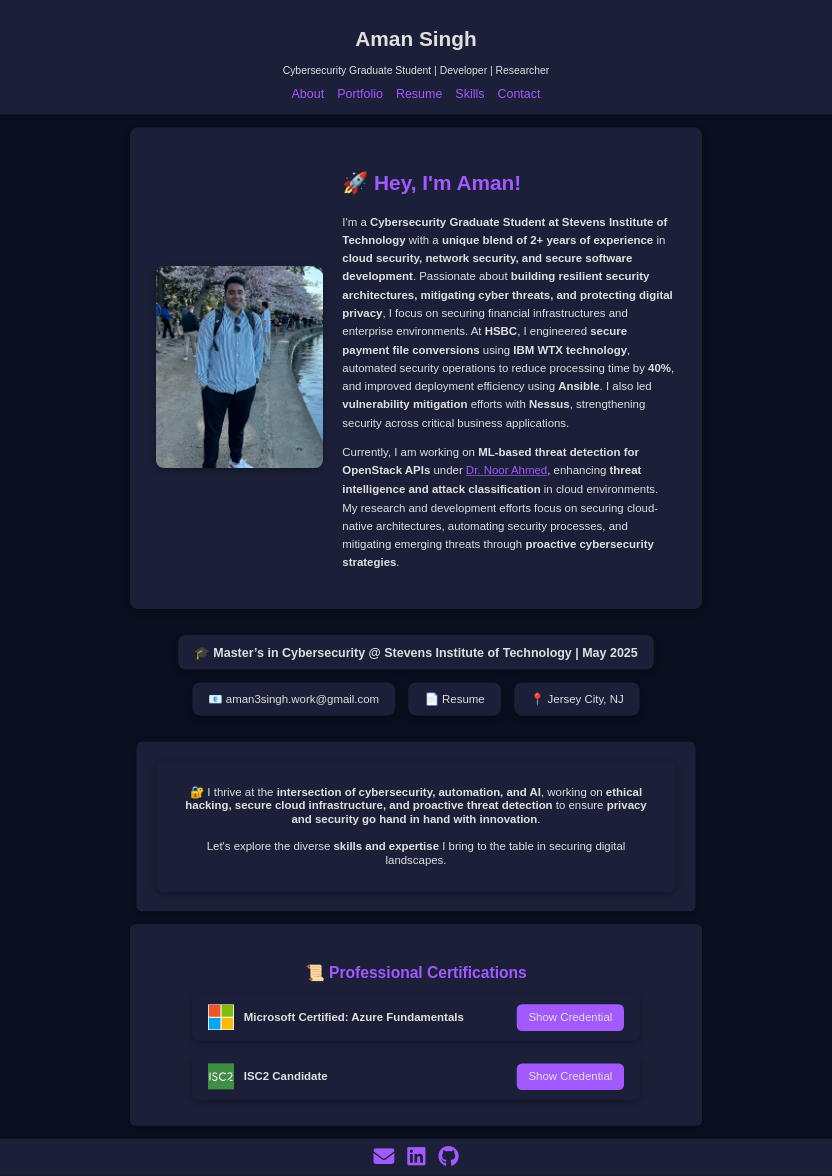
Repository: aman3singh/portfolio
Page: index.html
An editor plug-in stored every save of this project. The page is shown before and after the next save, followed by the edit.
The browser window is 1280 px wide. The pictures show the whole page, at 65% of full size.

Above is the page before, as saved 2025-02-11 23:28:10.

After the next save:
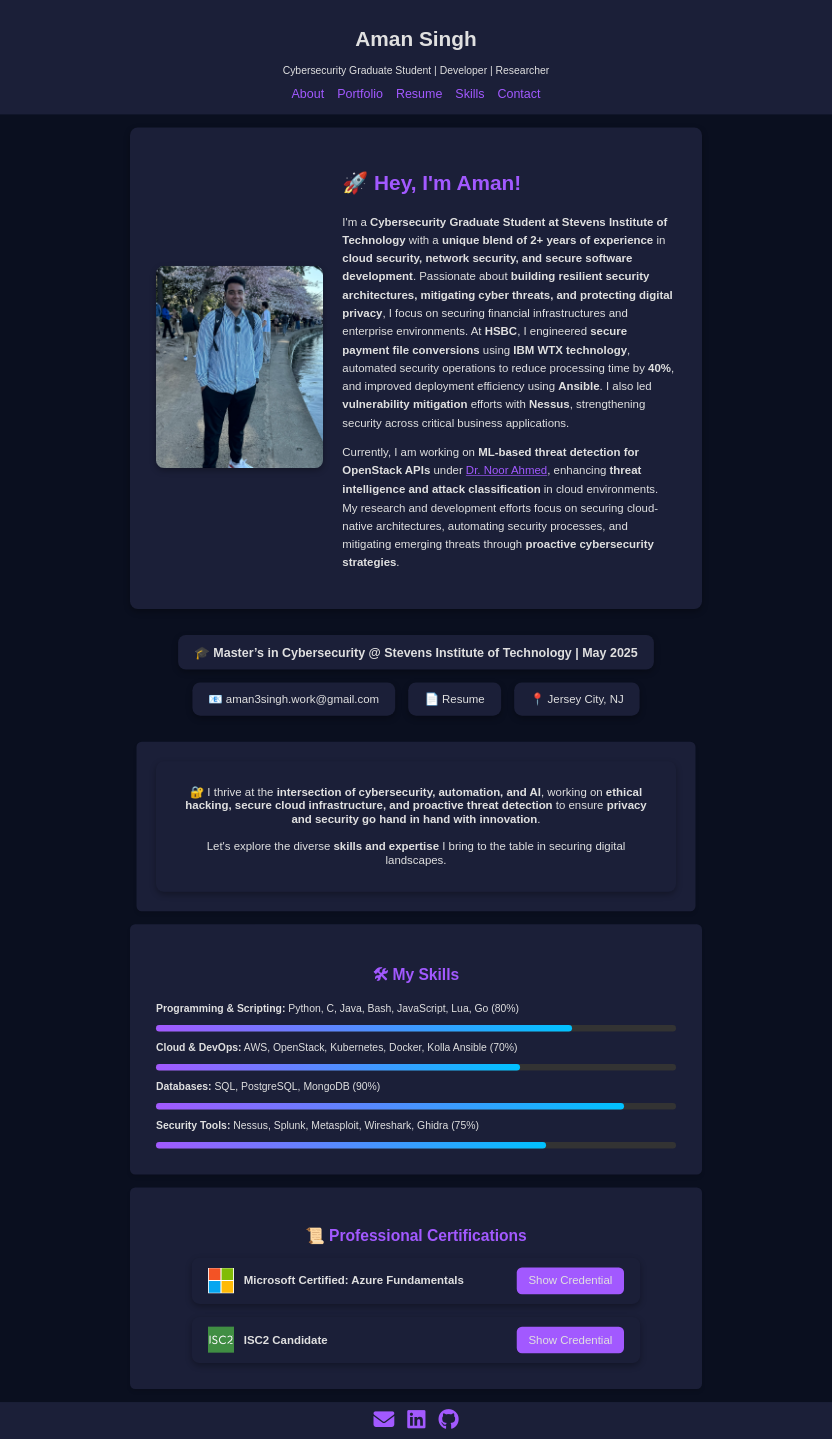
Saved 12 min 17 s later.
--- a/index.html
+++ b/index.html
@@ -61,6 +61,36 @@
         </div>
     </section>
 
+    <section id="skills" style="padding: 40px;">
+        <h2 style="text-align: center; color: #A259FF;">🛠 My Skills</h2>
+        <div class="skills-container" style="max-width: 800px; margin: 0 auto;">
+            <div class="skill">
+                <p><b>Programming & Scripting:</b> Python, C, Java, Bash, JavaScript, Lua, Go (80%)</p>
+                <div class="progress-bar" style="width: 100%; background-color: #333; border-radius: 5px;">
+                    <div style="width: 80%; height: 10px; background: linear-gradient(to right, #A259FF, #00C2FF); border-radius: 5px;"></div>
+                </div>
+            </div>
+            <div class="skill">
+                <p><b>Cloud & DevOps:</b> AWS, OpenStack, Kubernetes, Docker, Kolla Ansible (70%)</p>
+                <div class="progress-bar" style="width: 100%; background-color: #333; border-radius: 5px;">
+                    <div style="width: 70%; height: 10px; background: linear-gradient(to right, #A259FF, #00C2FF); border-radius: 5px;"></div>
+                </div>
+            </div>
+            <div class="skill">
+                <p><b>Databases:</b> SQL, PostgreSQL, MongoDB (90%)</p>
+                <div class="progress-bar" style="width: 100%; background-color: #333; border-radius: 5px;">
+                    <div style="width: 90%; height: 10px; background: linear-gradient(to right, #A259FF, #00C2FF); border-radius: 5px;"></div>
+                </div>
+            </div>
+            <div class="skill">
+                <p><b>Security Tools:</b> Nessus, Splunk, Metasploit, Wireshark, Ghidra (75%)</p>
+                <div class="progress-bar" style="width: 100%; background-color: #333; border-radius: 5px;">
+                    <div style="width: 75%; height: 10px; background: linear-gradient(to right, #A259FF, #00C2FF); border-radius: 5px;"></div>
+                </div>
+            </div>
+        </div>
+    </section>
+
     <section id="certifications" style="padding: 40px; text-align: center;">
         <h2 style="color: #A259FF;">📜 Professional Certifications</h2>
         <div style="display: flex; flex-direction: column; align-items: center; gap: 20px;">
